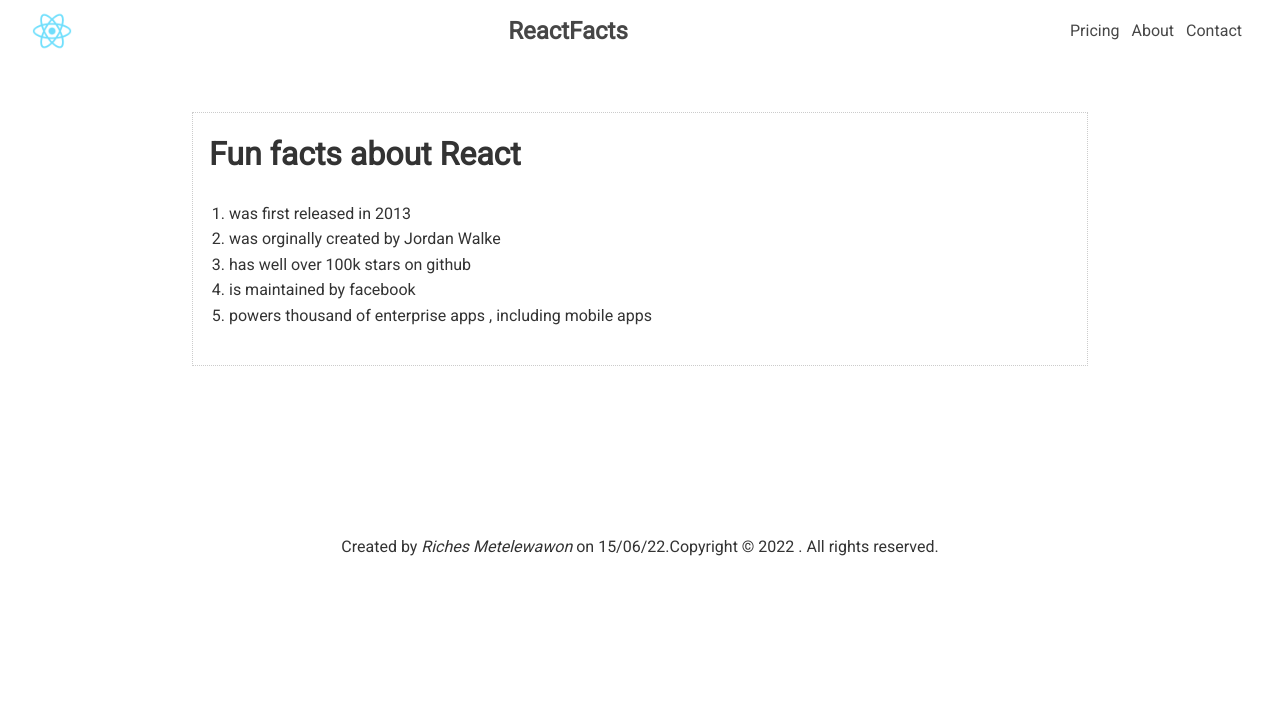
Repository: Richswag009/my-travel-journal
Page: /
These files come from the project's save history. The page is drawn as it stood at one moment and after the next save; the edit follows.
The browser window is 1280 px wide. The pictures show the whole page.
The project was rebuilt for these pictures with package versions that can differ from the ones it lists, and the page was loaded fresh each time.

Above is the page before, as saved 2022-06-15 13:06:46.

After the next save:
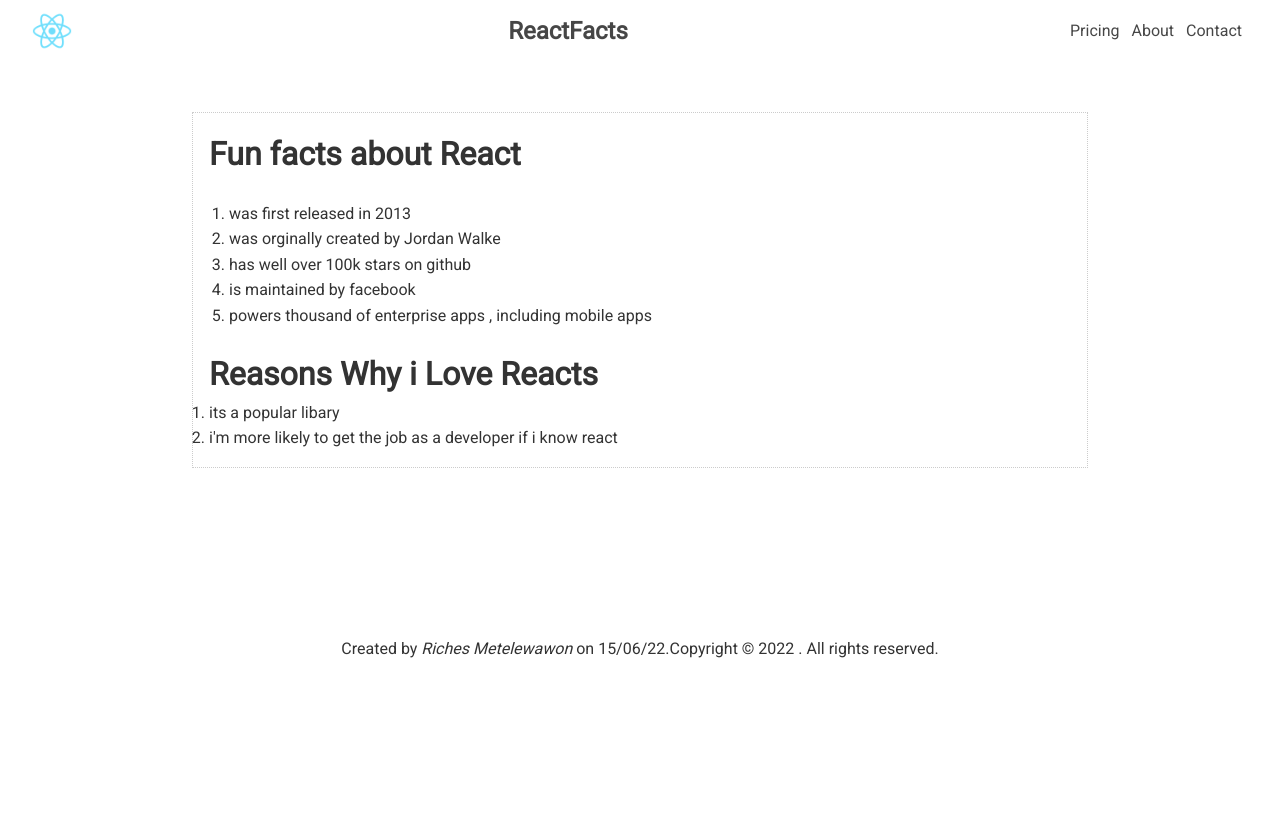
Saved 2 min 15 s later.
--- a/src/component/maincontent/Maincontent.js
+++ b/src/component/maincontent/Maincontent.js
@@ -8,14 +8,21 @@
         return (
             <div className=' grid card ' style={{width:'70%',margin:'50px auto'}}>
                 <div>
-               <h1>Fun facts about React</h1>
-               <ol style={{margin:'20px'}}>
-                <li>was first released in 2013</li>
-                <li>was orginally created by Jordan Walke</li>
-                <li>has well over 100k stars on github</li>
-                <li>is maintained by facebook</li>
-                <li>powers thousand of enterprise apps , including mobile apps</li>
-               </ol>
+                    <h1>Fun facts about React</h1>
+                    <ol style={{margin:'20px'}}>
+                        <li>was first released in 2013</li>
+                        <li>was orginally created by Jordan Walke</li>
+                        <li>has well over 100k stars on github</li>
+                        <li>is maintained by facebook</li>
+                        <li>powers thousand of enterprise apps , including mobile apps</li>
+                    </ol>
+                </div>
+                <div>
+                    <h1>Reasons Why i Love Reacts</h1>
+                    <ol>
+                        <li>its a popular libary</li>
+                        <li>i'm more likely to get the job as a developer if i know react</li>
+                    </ol>
                 </div>
             </div>
         )
